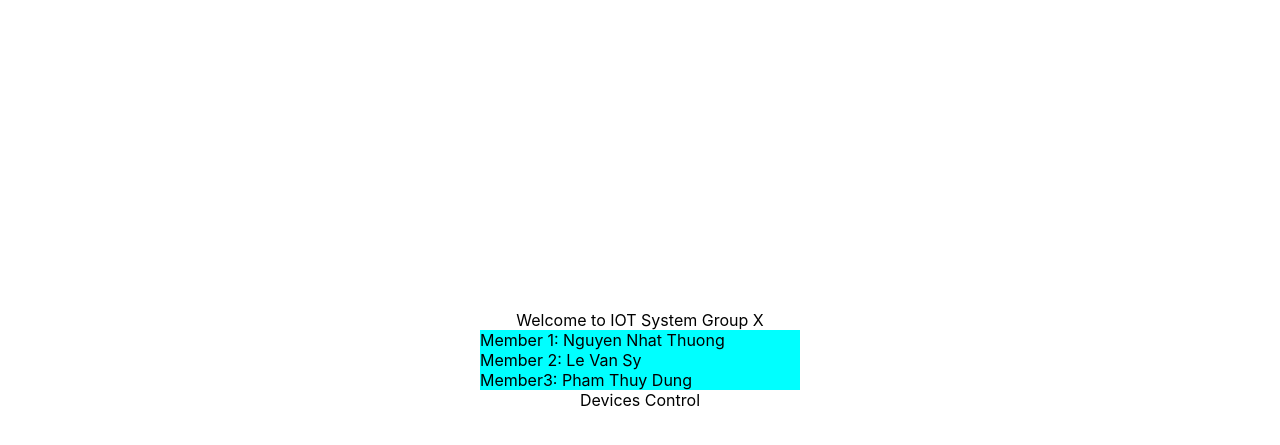
Repository: ngnhthuong/IOT_LAB
Page: /
The author's editor kept a copy of each file at every save. The page is drawn from the files as they stood at one save, then again after the next save.
The browser window is 1280 px wide. The pictures show the whole page.
The project was rebuilt for these pictures with package versions that can differ from the ones it lists, and the page was loaded fresh each time.

Above is the page before, as saved 2024-04-23 14:35:51.

### src/App.js
import "./App.css";

function App() {
  return (
    <div className="main">
      <div></div>
      <div className="welcome-name">Welcome to IOT System Group X</div>
      <div className="member-name">
        <div className="member">Member 1: Nguyen Nhat Thuong</div>
        <div className="member">Member 2: Le Van Sy</div>
        <div className="member">Member3: Pham Thuy Dung</div>
      </div>
      <div>Devices Control</div>
      <div>
        <div>
          <div></div>
          <div></div>
        </div>
        <div>
          <div></div>
          <div></div>
        </div>
      </div>
    </div>
  );
}

export default App;

### src/App.css
* {
  margin: 0;
  padding: 0;
  box-sizing: border-box;
}

.main{
  width: 100vw;
  height: 100vh;
  display: flex;
  justify-content: center;
  align-items: center;
  flex-direction: column;
}

.welcome-name{
  display: flex;
  justify-content: center;
}

.member-name{
  display: flex;
  flex-direction: column;
  background-color: aqua;
  width: 20rem;
}

.member{
  display: flex;
  left: 0;
}

Loaded but not shown: public/index.html (common file); src/index.js (common file); src/index.css (common file)

After the next save:
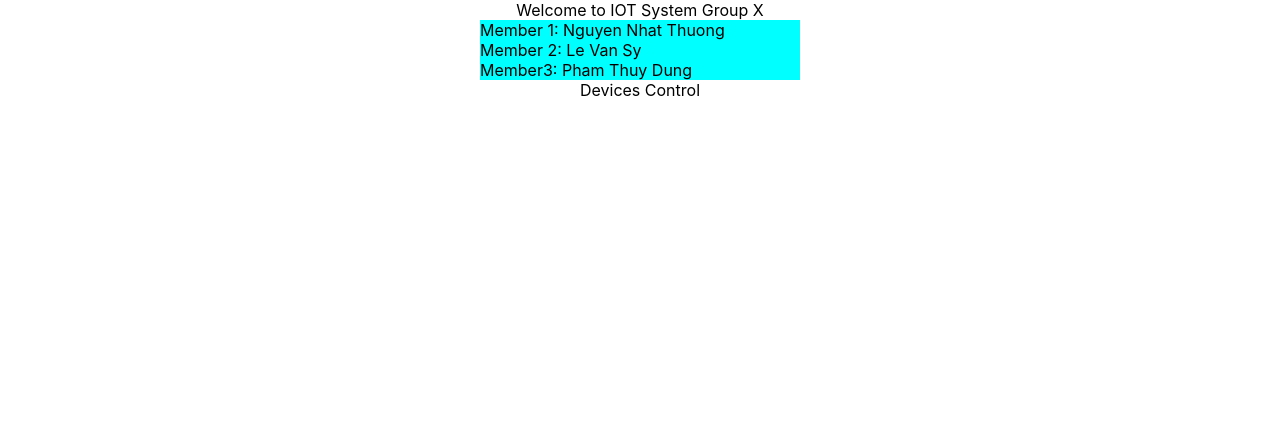
Saved 13 s later.
--- a/src/App.css
+++ b/src/App.css
@@ -8,7 +8,7 @@
   width: 100vw;
   height: 100vh;
   display: flex;
-  justify-content: center;
+  /* justify-content: center; */
   align-items: center;
   flex-direction: column;
 }
